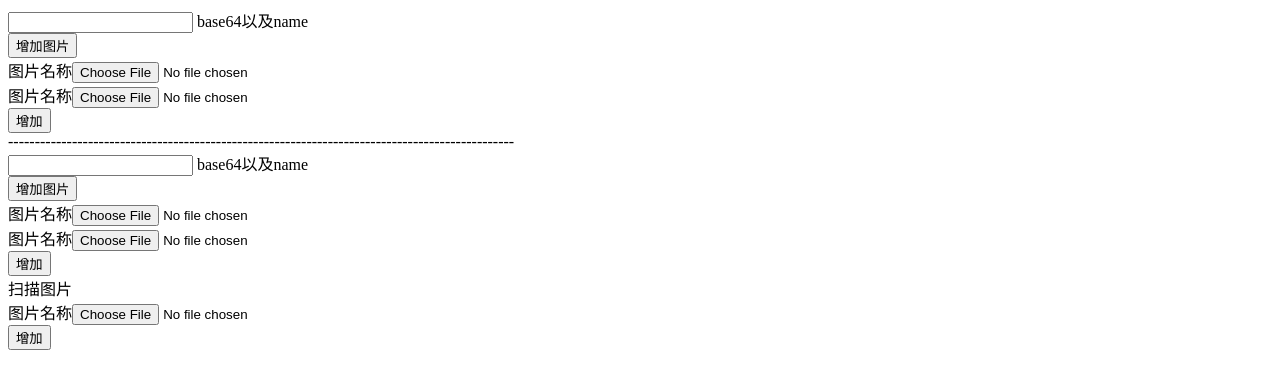
Repository: xoadoCompany/xoado
Page: http://localhost/xoado-cloud/
The author's editor kept a copy of each file at every save. The page is drawn from the files as they stood at one save, then again after the next save.
The browser window is 1280 px wide. The pictures show the whole page.
The page is served by Tomcat 9. Nobody is signed in. The application's start-up code is not run.

Above is the page before, as saved 2018-08-30 07:04:41.

After the next save:
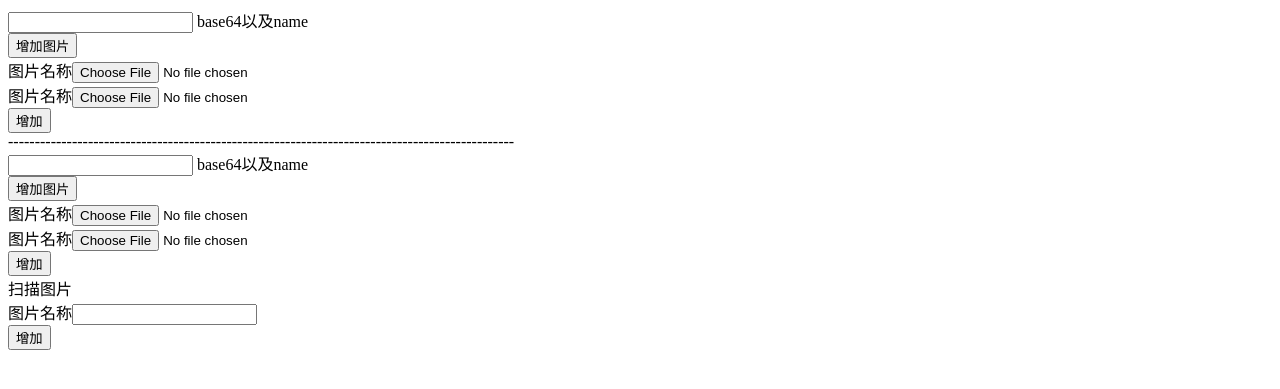
Saved 4 min 53 s later.
--- a/xoado/xoado-cloud/src/main/webapp/index.jsp
+++ b/xoado/xoado-cloud/src/main/webapp/index.jsp
@@ -28,7 +28,7 @@
 	</form>
 	扫描图片
 		<form action="/tools/scanner" method="post" enctype="multipart/form-data">
-		图片名称<input type="file" name="file"><br>
+		图片名称<input type="text" name="base64Body"><br>
 		<input type="submit" value="增加">
 	</form>
 

After the save that followed:
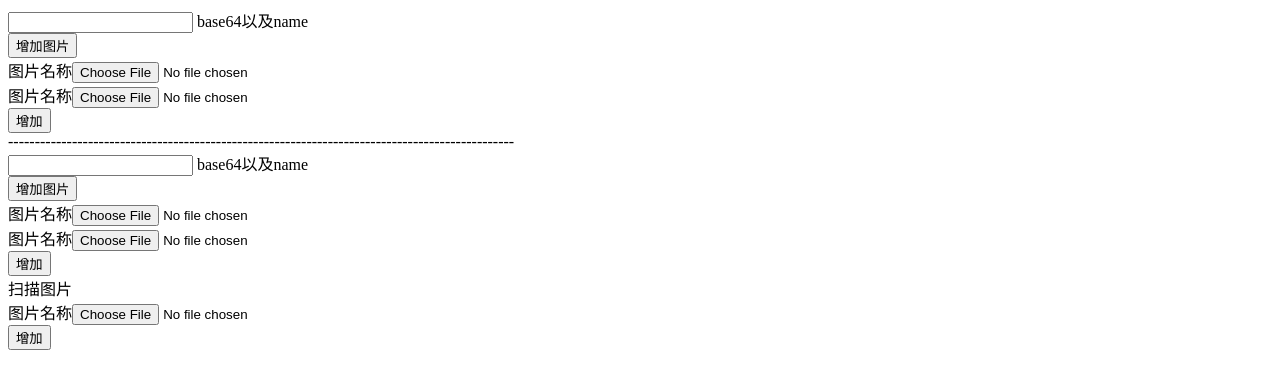
Saved 3 min 50 s later.
--- a/xoado/xoado-cloud/src/main/webapp/index.jsp
+++ b/xoado/xoado-cloud/src/main/webapp/index.jsp
@@ -28,7 +28,7 @@
 	</form>
 	扫描图片
 		<form action="/tools/scanner" method="post" enctype="multipart/form-data">
-		图片名称<input type="text" name="base64Body"><br>
+		图片名称<input type="file" name="file"><br>
 		<input type="submit" value="增加">
 	</form>
 
